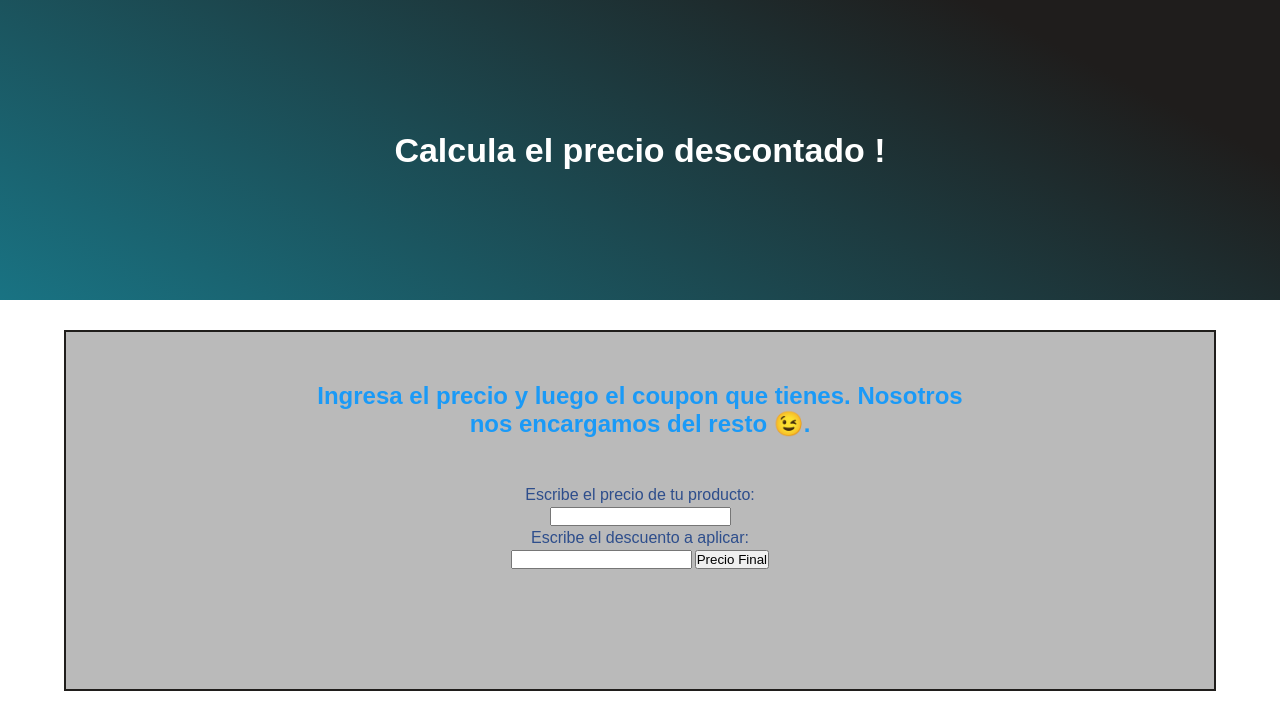
Repository: ChristianGecchelin/javascript-project
Page: javascript-project/descuentos y porcentajes/descuentos.html
The author's editor kept a copy of each file at every save. The page is drawn from the files as they stood at one save, then again after the next save.
The browser window is 1280 px wide. The pictures show the whole page.

Above is the page before, as saved 2021-12-05 18:25:13.

After the next save:
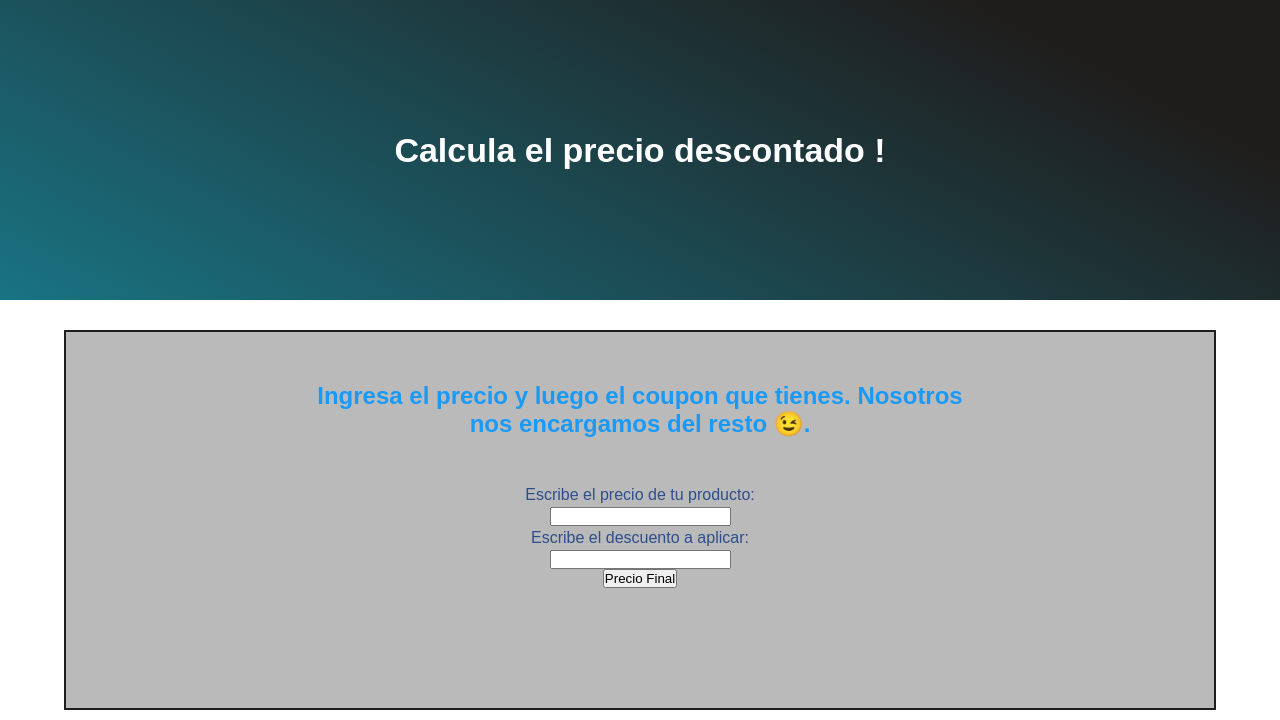
Saved 54 s later.
--- a/javascript-project/descuentos y porcentajes/descuentos.html
+++ b/javascript-project/descuentos y porcentajes/descuentos.html
@@ -21,14 +21,19 @@
         </h2>
         <div class="container-form">
           <form action="">
-            <label class="form--label-input" for="inputPrice">
-              Escribe el precio de tu producto:</label
-            >
-            <input type="number" id="inputPrice" />
-            <label class="form--label-input" for="inputCoupon"
-              >Escribe el descuento a aplicar:</label
-            >
-            <input type="number" id="inputCoupon" />
+            <div class="form--labelContainer1">
+              <label class="form--label-input" for="inputPrice">
+                Escribe el precio de tu producto:</label
+              >
+              <input type="number" id="inputPrice" />
+            </div>
+            <div>
+              <label class="form--label-input" for="inputCoupon"
+                >Escribe el descuento a aplicar:</label
+              >
+              <input type="number" id="inputCoupon" />
+            </div>
+
             <button type="button" onclick="calculateDiscountPrice()">
               Precio Final
             </button>
